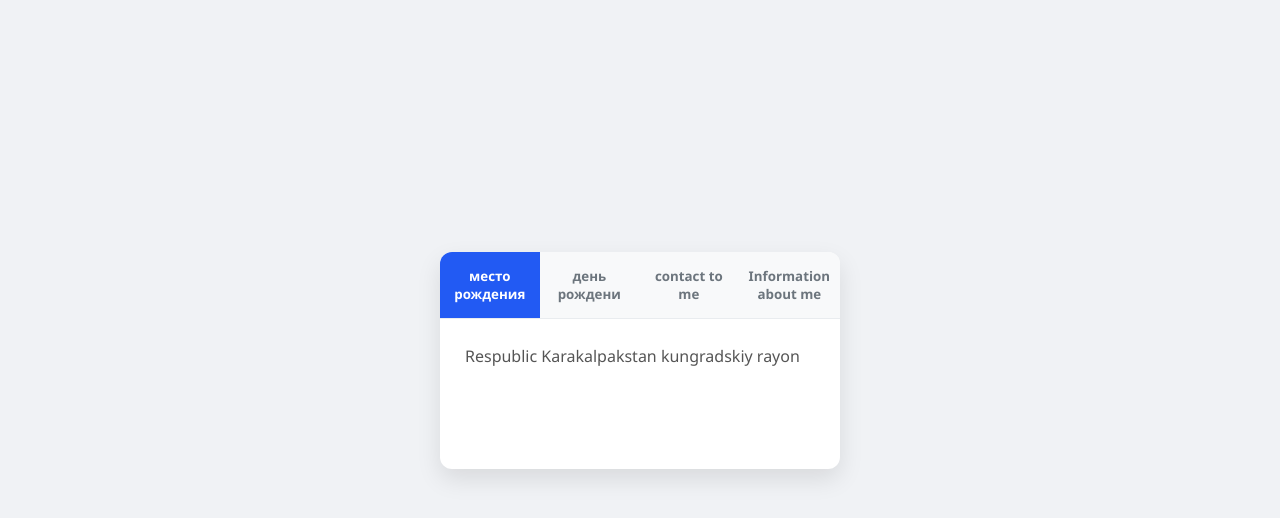
Repository: atamuratov777/info-about-me
Page: index.html
An editor plug-in stored every save of this project. The page is shown before and after a run of saves, followed by the edit.
The browser window is 1280 px wide. The pictures show the whole page.

Above is the page before, as saved 2026-06-20 15:07:13.

After the next 5 saves:
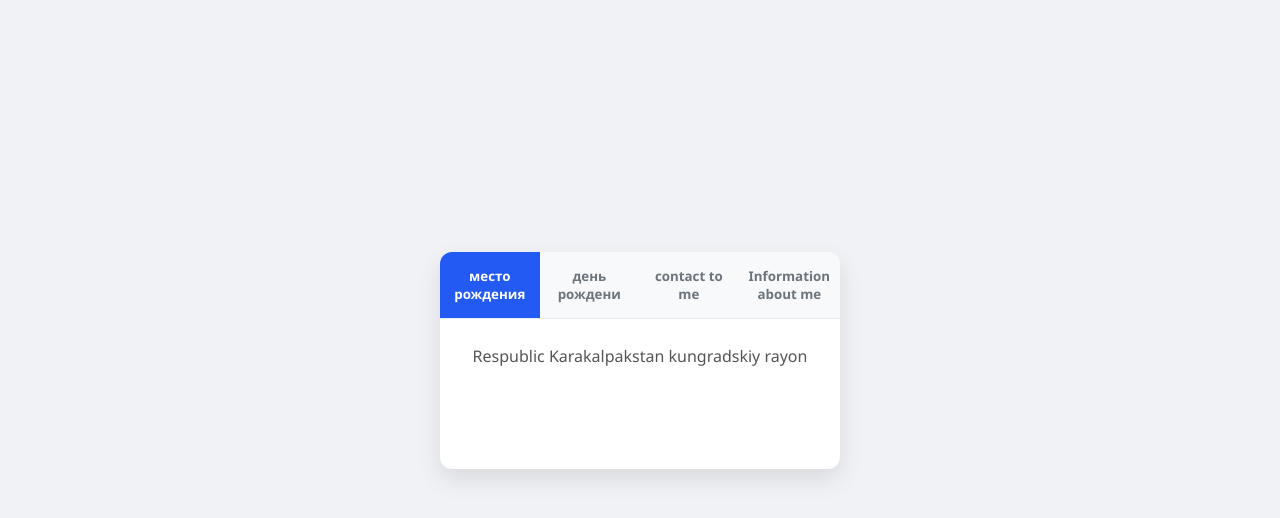
The 5 saves are shown as one change because they came seconds apart.
The last was saved 13 s later.
--- a/style.css
+++ b/style.css
@@ -66,7 +66,8 @@ body {
 .text1 p {
     color: #555;
     line-height: 1.6;
-
+    text-align: center;
+    text-shadow: ;
 }
 
 @keyframes fadeIn {
